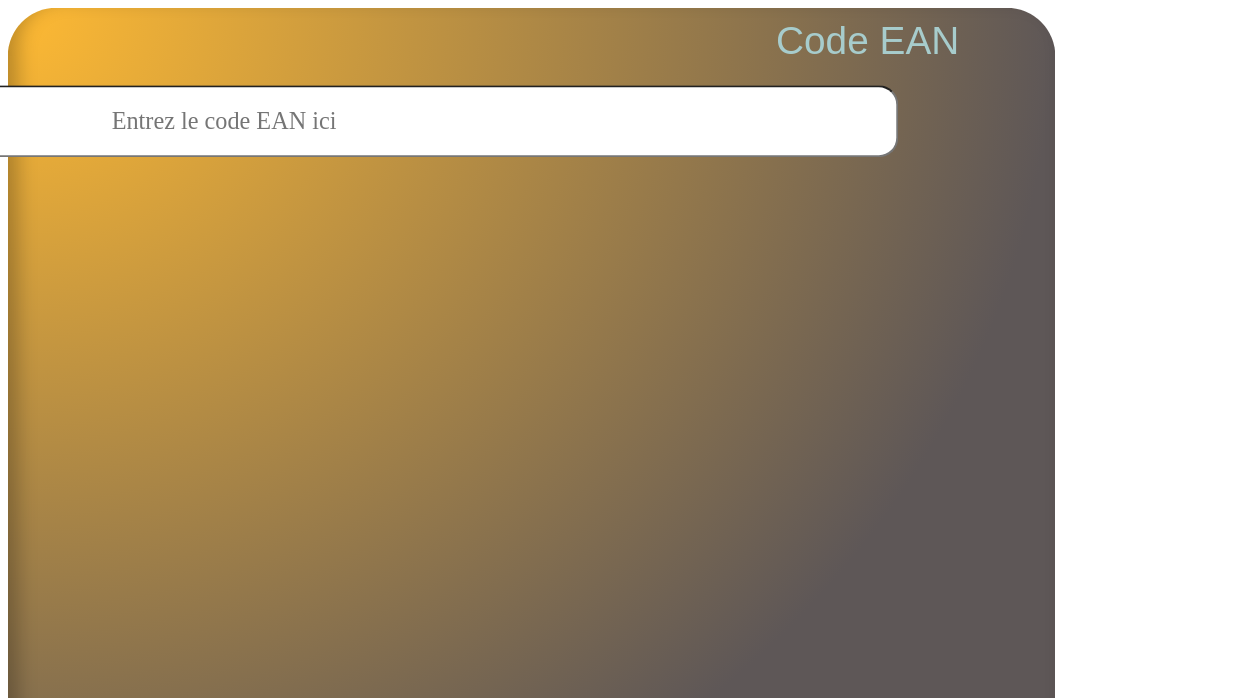
Repository: Zouz01/exo-toucan
Page: index.html
An editor plug-in stored every save of this project. The page is shown before and after the next save, followed by the edit.
The browser window is 1280 px wide. The pictures show the whole page, at 97% of full size.

Above is the page before, as saved 2023-09-21 11:40:08.

### index.html
<!DOCTYPE html>
<html lang="fr">
<head>
    <meta charset="UTF-8">
    <meta name="viewport" content="width=device-width, initial-scale=1">
    <title>TOUCAN API</title>
    <link rel="stylesheet" type="text/css" href="main.css">
</head>
<body>
    <div class="container">
        <!-- Formulaire de recherche -->
        <form id="product-form" action="https://fr.openfoodfacts.org/api/v0/product/<<code_EAN_13>>" method="POST">
            <label for="code_ean">Code EAN </label>
            <input type="text" id="code_ean" name="code_ean" placeholder="Entrez le code EAN ici"><!-- Champ de saisie du code EAN -->
            <button type="submit" id="submit">Rechercher</button> <!-- Bouton de soumission du formulaire -->
        </form>

        <!-- Conteneur pour l'affichage de l'image et des informations -->
        <div><img id="img"></div>
        <div id="product-info"></div>
    </div>

    <!-- Inclusion du script JavaScript -->
    <script src="main.js"></script>
</body>
</html>

### main.css
body {
    font-family: Arial, sans-serif;




    display: flex; /* Utilisation de Flexbox pour centrer le contenu */



}

.container {
    width: 428px;
    height: 926px;
   position: fixed;


    background: radial-gradient(100% 100% at 0% 0%, #FFBA33 0%, #5e5757 100%);
   /* background: radial-gradient(100% 100% at 0% 0%, #A6A6A6 0.46%, #000000 78.06%);
    background: linear-gradient(167.94deg, #7AA77E 0%, #476F72 100%);*/

    opacity: 1.8;
    box-shadow: inset 10px -10px 20px rgba(0, 0, 0, 0.25);
    border-radius: 50px;
}

/* position ecriture label*/
label {

    top: 20px;
    font-size: 40px;
    color: rgb(167, 204, 204);
   left: 120px;
    position :fixed;



}
/*position img*/
#img {
    position: relative;
   border-radius: 20px;
   width: 20%;
   top: 600px;
}

/*position retour d'information produit*/
 #product-info {
    position: absolute;
    padding: 20px;
    color:rgb(171, 221, 205);
    top: 100px;

 }
h2 {
    font-size: xx-large;
    color: #7af3b1;
}
p{
    font-size: larger ;
}

/* Champ de saisie pour entrer le code EAN */
#code_ean {
    position: absolute;
   border-radius: 20px;
    width: 382px;
    height: 38px;
   right:24px ;
    top: 80px;
    font-family: 'Montserrat';
font-style: normal;
font-weight: 500;
font-size: 25px;
line-height: 30px;
text-align: center;

color: #0f0d0d;



}

/* Bouton de recherche */
button[type="submit"] {
    position: absolute;
    width: 144px;
    height: 63px;
  background-color: #67d699;
    bottom: 50px;
    border-radius: 20px;
    right: 145px;



}




/* styles pour les écrans plus grands */
@media (min-width: 900px) {
     .container {
        width: 1080px;
        height: 960px;
     }
        button[type="submit"] {
            position: absolute;
    width: 184px;
    height: 83px;
  background-color: #67d699;
    bottom: 50px;
    border-radius: 20px;
    right: 870px;
        }
        #code_ean {
            position: absolute;
           border-radius: 20px;
            width: 1382px;
            height: 68px;
           right:15% ;
            top: 80px;
            font-family: 'Montserrat';
        font-style: normal;
        font-weight: 500;
        font-size: 25px;
        line-height: 30px;
        text-align: center;
        color: #0f0d0d;

 }
 label {

    top: 20px;
    font-size: 40px;
    color: rgb(167, 204, 204);
   left: 800px;
    position :fixed;

}
#product-info {
    position: absolute;
    padding: 50px;
    color:rgb(171, 221, 205);
    top: 200px;
    left: 30%;

 }
 #img {
    position: relative;
   border-radius: 20px;
   max-width: 20%;
   max-height: 10%;
   top: 230px;
   right: 30%;
}
h2 {
    font-size: 50px;
    color: aqua;
}
p{
    font-size: 30px ;
}
}

### main.js
const form = document.querySelector("#product-form"); //Interagit avec  HTML avec l'id "product-form"
const code_ean = document.querySelector("#code_ean"); //Interagit avec  HTML  avec l'id "code_ean"
const productInfo = document.querySelector("#product-info"); //Interagit avec  HTML avec l'id "les informations produits"
const img = document.querySelector("#img");  //Interagit avec  HTML avec l'id "les images"
const submit = document.querySelector("#submit");  //Interagit avec  HTML avec l'id "Boutton envoi"


submit.addEventListener("click", (e) => { // Ecouteur d'événement sur le bouton d'envoi qui écoute un événement de clic
    e.preventDefault();

    // validation du code
    if (code_ean.value.length !== 13) {
        alert("Le code EAN doit contenir 13 chiffres.");// Le script vérifie si la valeur du champ de saisie du code EAN comporte 13 caractères
        return;                                         // Sinon, il affiche une alerte indiquant que le code EAN doit contenir 13 chiffres.
    }else

// Si code correct alors ...
    // Récupére les informations du produit depuis l'API
    fetch("https://fr.openfoodfacts.org/api/v0/product/" + code_ean.value) //Méthode pour envoyer une requête GET à l'API
        .then((reponse) => reponse.json())   //  Convertit  la réponse de l'API en JSON
        .then((data) => {                    //  Pour accéder aux données.
            let product = data.product;
            img.src = product.image_url;


             //Affiche les informations sur le produit, ( avec innerHTML on definila source de l'éléments)
             productInfo.innerHTML =`
             <h2><b>Nom</b> : ${product.abbreviated_product_name}</h2>
             <p><b>Marque</b> : ${product.brands}</p>
             <p><b>Catégorie</b> : ${product.categories}</p>
             <p><b>Ingrédients</b> : ${product.ingredients_text}</p>`
             console.log (data)
        }); // ${} veut dire interpreter

});

   /*fecht veut dire aller chercher*/

After the next save:
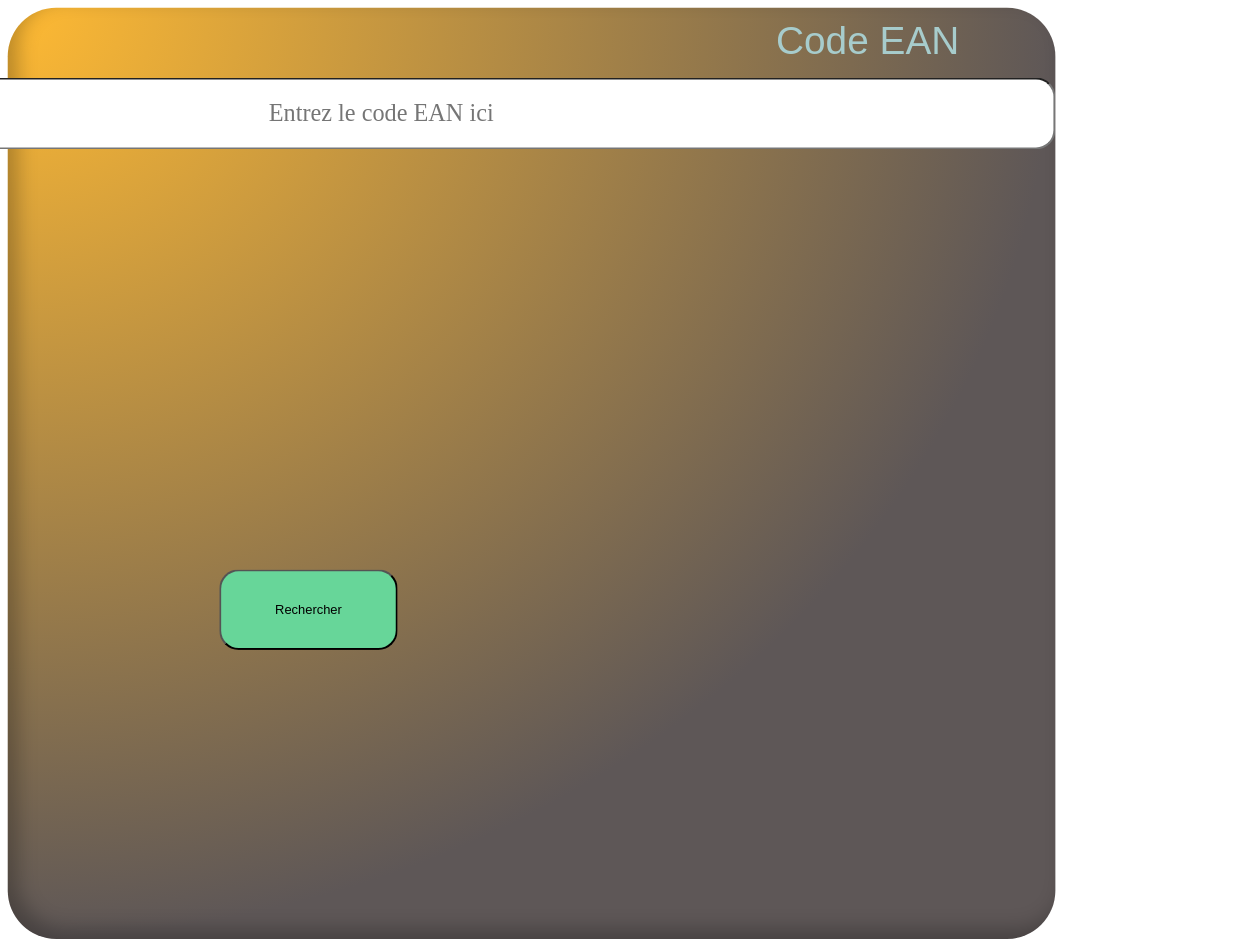
Saved 7 s later.
--- a/main.css
+++ b/main.css
@@ -11,9 +11,7 @@
 }
 
 .container {
-    width: 428px;
-    height: 926px;
-   position: fixed;
+
 
 
     background: radial-gradient(100% 100% at 0% 0%, #FFBA33 0%, #5e5757 100%);

After the save that followed:
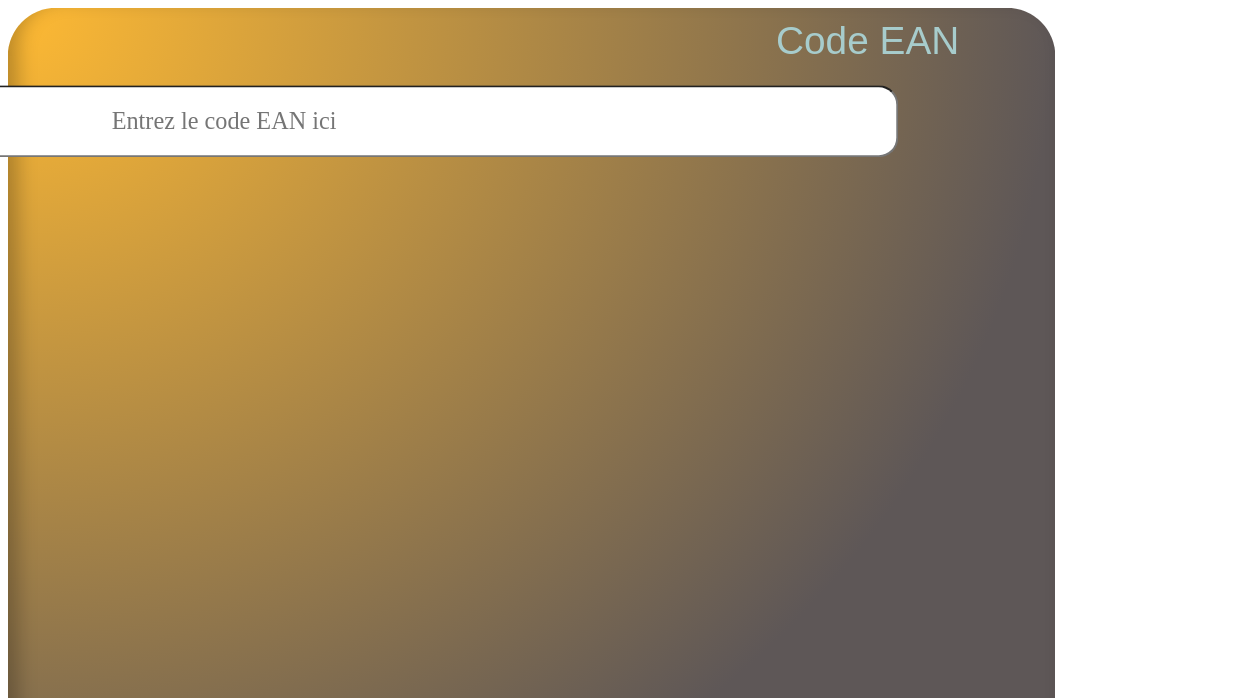
Saved 6 s later.
--- a/main.css
+++ b/main.css
@@ -11,7 +11,9 @@
 }
 
 .container {
-
+    width: 428px;
+    height: 926px;
+   position: fixed;
 
 
     background: radial-gradient(100% 100% at 0% 0%, #FFBA33 0%, #5e5757 100%);
